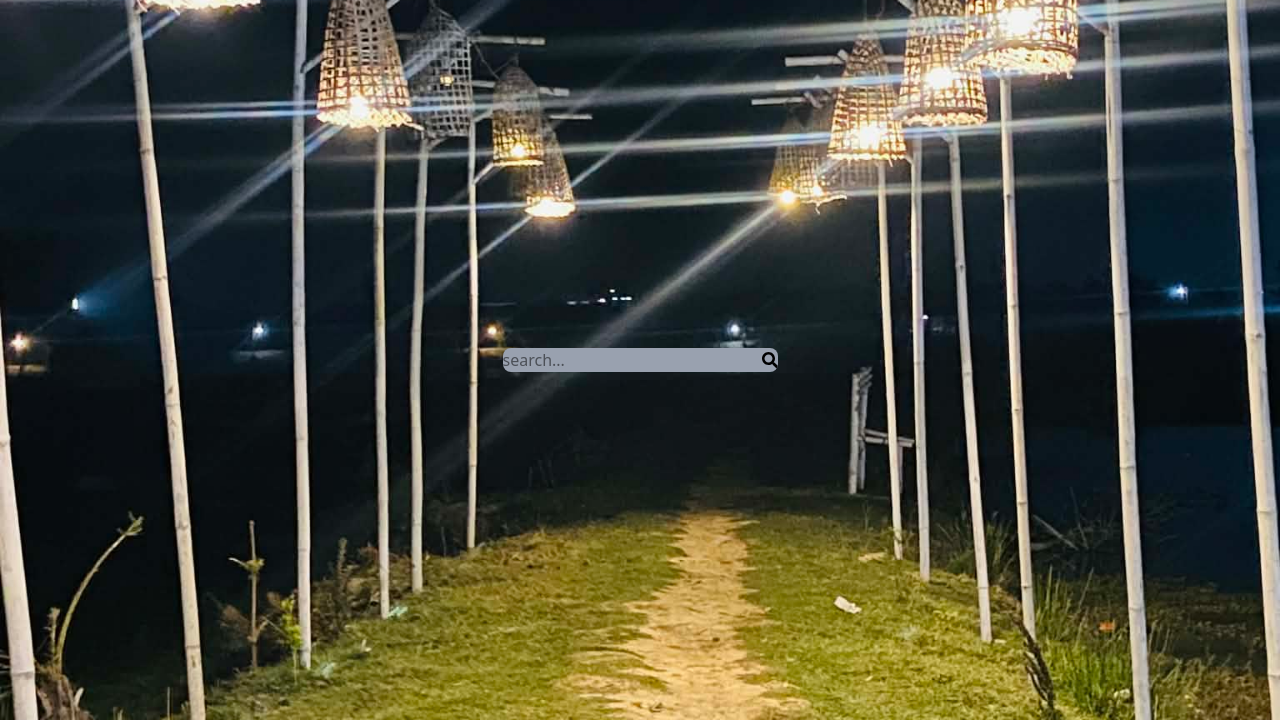
Repository: ridhukhan/chatapp
Page: / (app in frontend/)
The author's editor kept a copy of each file at every save. The page is drawn from the files as they stood at one save, then again after the next save.
The browser window is 1280 px wide. The pictures show the whole page.
The project was rebuilt for these pictures with package versions that can differ from the ones it lists, and the page was loaded fresh each time. Also part of the build but not shown: frontend/vite.config.js, frontend/src/App.css, frontend/src/Pages/login/Login.jsx, frontend/src/Pages/signup/GendarCheckbox.jsx, frontend/src/Pages/signup/SignUp.jsx.

Above is the page before, as saved 2025-12-25 15:33:47.

After the next save:
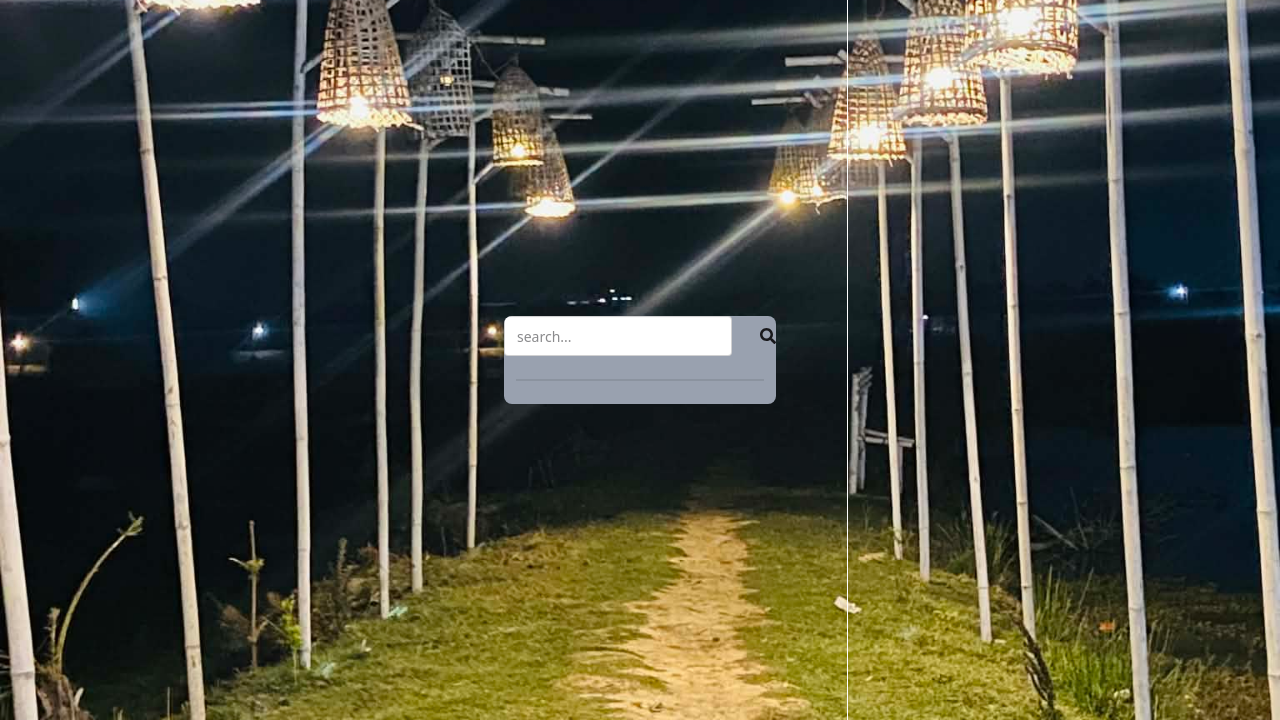
Saved 2 min 4 s later.
--- a/frontend/src/index.css
+++ b/frontend/src/index.css
@@ -1,4 +1,5 @@
 @import "tailwindcss";
+@plugin "daisyui";
 
 
 body{
